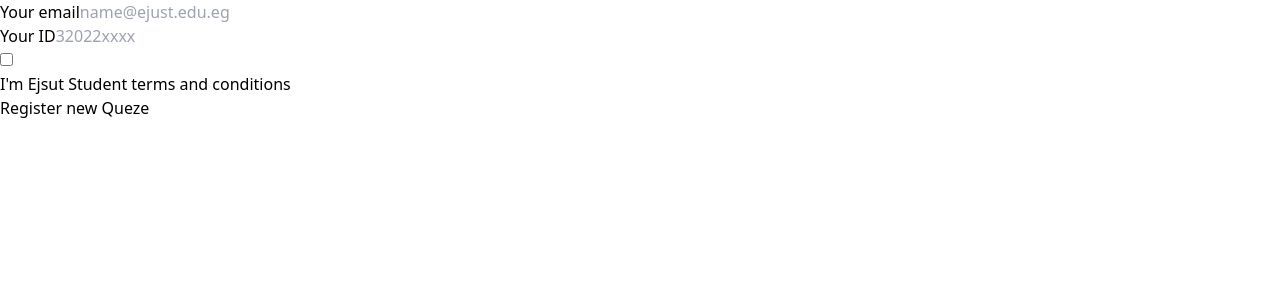
Repository: AbdalrahmanEldeep/FIBOTIC
Page: /
These files come from the project's save history. The page is drawn as it stood at one moment and after the next save; the edit follows.
The browser window is 1280 px wide. The pictures show the whole page.
The project was rebuilt for these pictures with package versions that can differ from the ones it lists, and the page was loaded fresh each time. Also part of the build but not shown: vite.config.js, src/pages/protecter.jsx, src/pages/exame.jsx.

Above is the page before, as saved 2023-01-06 22:31:49.

### index.html
<!DOCTYPE html>
<html lang="en">
  <head>
    <meta charset="UTF-8" />
    <link rel="icon" type="image/svg+xml" href="/vite.svg" />
    <meta name="viewport" content="width=device-width, initial-scale=1.0" />
    <title>FIBO</title>
    <!-- Tailwindcss -->
    <link rel="stylesheet" href="/src/global/app.css">
  </head>
  <body>
    <div id="root"></div>
    <script type="module" src="/src/main.jsx"></script>
  </body>
</html>

### src/global/app.css
/*
! tailwindcss v3.2.4 | MIT License | https://tailwindcss.com
*/

/*
1. Prevent padding and border from affecting element width. (https://github.com/mozdevs/cssremedy/issues/4)
2. Allow adding a border to an element by just adding a border-width. (https://github.com/tailwindcss/tailwindcss/pull/116)
*/

*,
::before,
::after {
  box-sizing: border-box;
  /* 1 */
  border-width: 0;
  /* 2 */
  border-style: solid;
  /* 2 */
  border-color: #e5e7eb;
  /* 2 */
}

::before,
::after {
  --tw-content: '';
}

/*
1. Use a consistent sensible line-height in all browsers.
2. Prevent adjustments of font size after orientation changes in iOS.
3. Use a more readable tab size.
4. Use the user's configured `sans` font-family by default.
5. Use the user's configured `sans` font-feature-settings by default.
*/

html {
  line-height: 1.5;
  /* 1 */
  -webkit-text-size-adjust: 100%;
  /* 2 */
  -moz-tab-size: 4;
  /* 3 */
  -o-tab-size: 4;
     tab-size: 4;
  /* 3 */
  font-family: ui-sans-serif, system-ui, -apple-system, BlinkMacSystemFont, "Segoe UI", Roboto, "Helvetica Neue", Arial, "Noto Sans", sans-serif, "Apple Color Emoji", "Segoe UI Emoji", "Segoe UI Symbol", "Noto Color Emoji";
  /* 4 */
  font-feature-settings: normal;
  /* 5 */
}

/*
1. Remove the margin in all browsers.
2. Inherit line-height from `html` so users can set them as a class directly on the `html` element.
*/

body {
  margin: 0;
  /* 1 */
  line-height: inherit;
  /* 2 */
}

/*
1. Add the correct height in Firefox.
2. Correct the inheritance of border color in Firefox. (https://bugzilla.mozilla.org/show_bug.cgi?id=190655)
3. Ensure horizontal rules are visible by default.
*/

hr {
  height: 0;
  /* 1 */
  color: inherit;
  /* 2 */
  border-top-width: 1px;
  /* 3 */
}

/*
Add the correct text decoration in Chrome, Edge, and Safari.
*/

abbr:where([title]) {
  -webkit-text-decoration: underline dotted;
          text-decoration: underline dotted;
}

/*
Remove the default font size and weight for headings.
*/

h1,
h2,
h3,
h4,
h5,
h6 {
  font-size: inherit;
  font-weight: inherit;
}

/*
Reset links to optimize for opt-in styling instead of opt-out.
*/

a {
  color: inherit;
  text-decoration: inherit;
}

/*
Add the correct font weight in Edge and Safari.
*/

b,
strong {
  font-weight: bolder;
}

/*
1. Use the user's configured `mono` font family by default.
2. Correct the odd `em` font sizing in all browsers.
*/

code,
kbd,
samp,
pre {
  font-family: ui-monospace, SFMono-Regular, Menlo, Monaco, Consolas, "Liberation Mono", "Courier New", monospace;
  /* 1 */
  font-size: 1em;
  /* 2 */
}

/*
Add the correct font size in all browsers.
*/

small {
  font-size: 80%;
}

/*
Prevent `sub` and `sup` elements from affecting the line height in all browsers.
*/

sub,
sup {
  font-size: 75%;
  line-height: 0;
  position: relative;
  vertical-align: baseline;
}

sub {
  bottom: -0.25em;
}

sup {
  top: -0.5em;
}

/*
1. Remove text indentation from table contents in Chrome and Safari. (https://bugs.chromium.org/p/chromium/issues/detail?id=999088, https://bugs.webkit.org/show_bug.cgi?id=201297)
2. Correct table border color inheritance in all Chrome and Safari. (https://bugs.chromium.org/p/chromium/issues/detail?id=935729, https://bugs.webkit.org/show_bug.cgi?id=195016)
3. Remove gaps between table borders by default.
*/

table {
  text-indent: 0;
  /* 1 */
  border-color: inherit;
  /* 2 */
  border-collapse: collapse;
  /* 3 */
}

/*
1. Change the font styles in all browsers.
2. Remove the margin in Firefox and Safari.
3. Remove default padding in all browsers.
*/

button,
input,
optgroup,
select,
textarea {
  font-family: inherit;
  /* 1 */
  font-size: 100%;
  /* 1 */
  font-weight: inherit;
  /* 1 */
  line-height: inherit;
  /* 1 */
  color: inherit;
  /* 1 */
  margin: 0;
  /* 2 */
  padding: 0;
  /* 3 */
}

/*
Remove the inheritance of text transform in Edge and Firefox.
*/

button,
select {
  text-transform: none;
}

/*
1. Correct the inability to style clickable types in iOS and Safari.
2. Remove default button styles.
*/

button,
[type='button'],
[type='reset'],
[type='submit'] {
  -webkit-appearance: button;
  /* 1 */
  background-color: transparent;
  /* 2 */
  background-image: none;
  /* 2 */
}

/*
Use the modern Firefox focus style for all focusable elements.
*/

:-moz-focusring {
  outline: auto;
}

/*
Remove the additional `:invalid` styles in Firefox. (https://github.com/mozilla/gecko-dev/blob/2f9eacd9d3d995c937b4251a5557d95d494c9be1/layout/style/res/forms.css#L728-L737)
*/

:-moz-ui-invalid {
  box-shadow: none;
}

/*
Add the correct vertical alignment in Chrome and Firefox.
*/

progress {
  vertical-align: baseline;
}

/*
Correct the cursor style of increment and decrement buttons in Safari.
*/

::-webkit-inner-spin-button,
::-webkit-outer-spin-button {
  height: auto;
}

/*
1. Correct the odd appearance in Chrome and Safari.
2. Correct the outline style in Safari.
*/

[type='search'] {
  -webkit-appearance: textfield;
  /* 1 */
  outline-offset: -2px;
  /* 2 */
}

/*
Remove the inner padding in Chrome and Safari on macOS.
*/

::-webkit-search-decoration {
  -webkit-appearance: none;
}

/*
1. Correct the inability to style clickable types in iOS and Safari.
2. Change font properties to `inherit` in Safari.
*/

::-webkit-file-upload-button {
  -webkit-appearance: button;
  /* 1 */
  font: inherit;
  /* 2 */
}

/*
Add the correct display in Chrome and Safari.
*/

summary {
  display: list-item;
}

/*
Removes the default spacing and border for appropriate elements.
*/

blockquote,
dl,
dd,
h1,
h2,
h3,
h4,
h5,
h6,
hr,
figure,
p,
pre {
  margin: 0;
}

fieldset {
  margin: 0;
  padding: 0;
}

legend {
  padding: 0;
}

ol,
ul,
menu {
  list-style: none;
  margin: 0;
  padding: 0;
}

/*
Prevent resizing textareas horizontally by default.
*/

textarea {
  resize: vertical;
}

/*
1. Reset the default placeholder opacity in Firefox. (https://github.com/tailwindlabs/tailwindcss/issues/3300)
2. Set the default placeholder color to the user's configured gray 400 color.
*/

input::-moz-placeholder, textarea::-moz-placeholder {
  opacity: 1;
  /* 1 */
  color: #9ca3af;
  /* 2 */
}

input::placeholder,
textarea::placeholder {
  opacity: 1;
  /* 1 */
  color: #9ca3af;
  /* 2 */
}

/*
Set the default cursor for buttons.
*/

button,
[role="button"] {
  cursor: pointer;
}

/*
Make sure disabled buttons don't get the pointer cursor.
*/

:disabled {
  cursor: default;
}

/*
1. Make replaced elements `display: block` by default. (https://github.com/mozdevs/cssremedy/issues/14)
2. Add `vertical-align: middle` to align replaced elements more sensibly by default. (https://github.com/jensimmons/cssremedy/issues/14#issuecomment-634934210)
   This can trigger a poorly considered lint error in some tools but is included by design.
*/

img,
svg,
video,
canvas,
audio,
iframe,
embed,
object {
  display: block;
  /* 1 */
  vertical-align: middle;
  /* 2 */
}

/*
Constrain images and videos to the parent width and preserve their intrinsic aspect ratio. (https://github.com/mozdevs/cssremedy/issues/14)
*/

img,
video {
  max-width: 100%;
  height: auto;
}

/* Make elements with the HTML hidden attribute stay hidden by default */

[hidden] {
  display: none;
}

*, ::before, ::after {
  --tw-border-spacing-x: 0;
  --tw-border-spacing-y: 0;
  --tw-translate-x: 0;
  --tw-translate-y: 0;
  --tw-rotate: 0;
  --tw-skew-x: 0;
  --tw-skew-y: 0;
  --tw-scale-x: 1;
  --tw-scale-y: 1;
  --tw-pan-x:  ;
  --tw-pan-y:  ;
  --tw-pinch-zoom:  ;
  --tw-scroll-snap-strictness: proximity;
  --tw-ordinal:  ;
  --tw-slashed-zero:  ;
  --tw-numeric-figure:  ;
  --tw-numeric-spacing:  ;
  --tw-numeric-fraction:  ;
  --tw-ring-inset:  ;
  --tw-ring-offset-width: 0px;
  --tw-ring-offset-color: #fff;
  --tw-ring-color: rgb(59 130 246 / 0.5);
  --tw-ring-offset-shadow: 0 0 #0000;
  --tw-ring-shadow: 0 0 #0000;
  --tw-shadow: 0 0 #0000;
  --tw-shadow-colored: 0 0 #0000;
  --tw-blur:  ;
  --tw-brightness:  ;
  --tw-contrast:  ;
  --tw-grayscale:  ;
  --tw-hue-rotate:  ;
  --tw-invert:  ;
  --tw-saturate:  ;
  --tw-sepia:  ;
  --tw-drop-shadow:  ;
  --tw-backdrop-blur:  ;
  --tw-backdrop-brightness:  ;
  --tw-backdrop-contrast:  ;
  --tw-backdrop-grayscale:  ;
  --tw-backdrop-hue-rotate:  ;
  --tw-backdrop-invert:  ;
  --tw-backdrop-opacity:  ;
  --tw-backdrop-saturate:  ;
  --tw-backdrop-sepia:  ;
}

::backdrop {
  --tw-border-spacing-x: 0;
  --tw-border-spacing-y: 0;
  --tw-translate-x: 0;
  --tw-translate-y: 0;
  --tw-rotate: 0;
  --tw-skew-x: 0;
  --tw-skew-y: 0;
  --tw-scale-x: 1;
  --tw-scale-y: 1;
  --tw-pan-x:  ;
  --tw-pan-y:  ;
  --tw-pinch-zoom:  ;
  --tw-scroll-snap-strictness: proximity;
  --tw-ordinal:  ;
  --tw-slashed-zero:  ;
  --tw-numeric-figure:  ;
  --tw-numeric-spacing:  ;
  --tw-numeric-fraction:  ;
  --tw-ring-inset:  ;
  --tw-ring-offset-width: 0px;
  --tw-ring-offset-color: #fff;
  --tw-ring-color: rgb(59 130 246 / 0.5);
  --tw-ring-offset-shadow: 0 0 #0000;
  --tw-ring-shadow: 0 0 #0000;
  --tw-shadow: 0 0 #0000;
  --tw-shadow-colored: 0 0 #0000;
  --tw-blur:  ;
  --tw-brightness:  ;
  --tw-contrast:  ;
  --tw-grayscale:  ;
  --tw-hue-rotate:  ;
  --tw-invert:  ;
  --tw-saturate:  ;
  --tw-sepia:  ;
  --tw-drop-shadow:  ;
  --tw-backdrop-blur:  ;
  --tw-backdrop-brightness:  ;
  --tw-backdrop-contrast:  ;
  --tw-backdrop-grayscale:  ;
  --tw-backdrop-hue-rotate:  ;
  --tw-backdrop-invert:  ;
  --tw-backdrop-opacity:  ;
  --tw-backdrop-saturate:  ;
  --tw-backdrop-sepia:  ;
}

### src/main.jsx
import ReactDOM  from "react-dom/client";
import { Root } from "./router/Root";
import 'flowbite';

const root = ReactDOM.createRoot(document.querySelector("#root"));

root.render(
  <Root/>
)

### src/router/Root.jsx
import React from 'react'
import { BrowserRouter, Route, Routes } from 'react-router-dom'
import Home from '../pages/home'
import Protecter from '../pages/protecter'
import Aboute from '../pages/exame'

export const Root = () => {
  return (
    <BrowserRouter>
        <Routes>
            <Route path="/" element={<Protecter statuse={true}><Home/></Protecter>}/>
            <Route path="/exame" element={<Protecter statuse={true}><Aboute/></Protecter>}/>
        </Routes>
    </BrowserRouter>
  )
}

### src/pages/home.jsx
import React from 'react'
import { Form } from '../components/Form'

export default function Home() {
  return (
    <>
      <Form/>
    </>
  )
}

### src/components/Form.jsx
import React from 'react'

export const Form = () => {
  return (

        <form>
            <div className="mb-6">
                <label htmlFor="email" className="block mb-2 text-sm font-medium text-gray-900 dark:text-white">Your email</label>
                <input type="email" id="email" className="shadow-sm bg-gray-50 border border-gray-300 text-gray-900 text-sm rounded focus:ring-blue-500 focus:border-blue-500 block w-full p-2.5 dark:bg-gray-700 dark:border-gray-600 dark:placeholder-gray-400 dark:text-white dark:focus:ring-blue-500 dark:focus:border-blue-500 dark:shadow-sm-light" placeholder="name@ejust.edu.eg" required />
            </div>
            <div className="mb-6">
                <label htmlFor="stdid" className="block mb-2 text-sm font-medium text-gray-900 dark:text-white">Your ID</label>
                <input type="text" id="stdid" placeholder='32022xxxx' className="shadow-sm bg-gray-50 border border-gray-300 text-gray-900 text-sm rounded focus:ring-blue-500 focus:border-blue-500 block w-full p-2.5 dark:bg-gray-700 dark:border-gray-600 dark:placeholder-gray-400 dark:text-white dark:focus:ring-blue-500 dark:focus:border-blue-500 dark:shadow-sm-light" required />
            </div>
            <div className="flex items-start mb-6">
                <div className="flex items-center h-5">
                <input id="terms" type="checkbox" value="" className="w-4 h-4 border border-gray-300 rounded bg-gray-50 focus:ring-3 focus:ring-blue-300 dark:bg-gray-700 dark:border-gray-600 dark:focus:ring-blue-600 dark:ring-offset-gray-800" required />
                </div>
                <label htmlFor="terms" className="ml-2 text-sm font-medium text-gray-900 dark:text-gray-300">I'm Ejsut Student  <a href="#" className="text-blue-600 hover:underline dark:text-blue-500">terms and conditions</a></label>
            </div>
            <button type="submit" className="text-white bg-blue-700 hover:bg-blue-800 focus:ring-4 focus:outline-none focus:ring-blue-300 font-medium rounded text-sm px-5 py-2.5 text-center dark:bg-blue-600 dark:hover:bg-blue-700 dark:focus:ring-blue-800">Register new Queze</button>
        </form>


  )
}

After the next save:
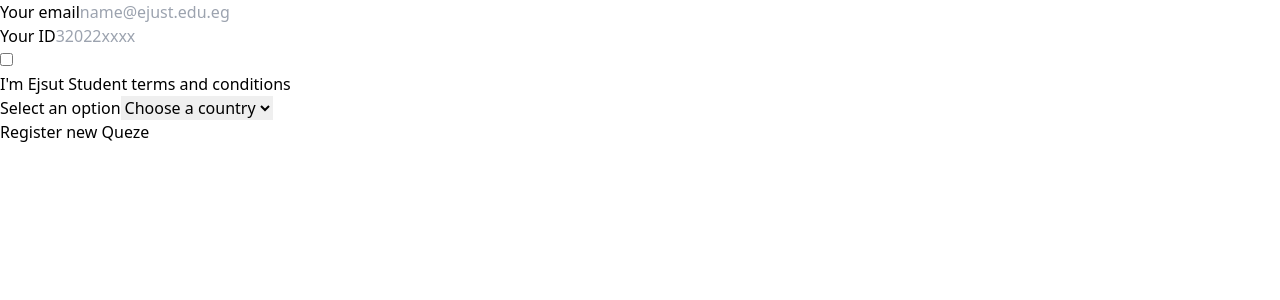
Saved 89 s later.
--- a/src/components/Form.jsx
+++ b/src/components/Form.jsx
@@ -18,6 +18,16 @@ export const Form = () => {
                 </div>
                 <label htmlFor="terms" className="ml-2 text-sm font-medium text-gray-900 dark:text-gray-300">I'm Ejsut Student  <a href="#" className="text-blue-600 hover:underline dark:text-blue-500">terms and conditions</a></label>
             </div>
+            <div className="flex items-start mb-6">
+                <label for="countries" class="block mb-2 text-sm font-medium text-gray-900 dark:text-white">Select an option</label>
+                <select id="countries" class="bg-gray-50 border border-gray-300 text-gray-900 text-sm rounded-lg focus:ring-blue-500 focus:border-blue-500 block w-full p-2.5 dark:bg-gray-700 dark:border-gray-600 dark:placeholder-gray-400 dark:text-white dark:focus:ring-blue-500 dark:focus:border-blue-500">
+                    <option selected>Choose a country</option>
+                    <option value="US">United States</option>
+                    <option value="CA">Canada</option>
+                    <option value="FR">France</option>
+                    <option value="DE">Germany</option>
+                </select>
+            </div>
             <button type="submit" className="text-white bg-blue-700 hover:bg-blue-800 focus:ring-4 focus:outline-none focus:ring-blue-300 font-medium rounded text-sm px-5 py-2.5 text-center dark:bg-blue-600 dark:hover:bg-blue-700 dark:focus:ring-blue-800">Register new Queze</button>
         </form>
 
